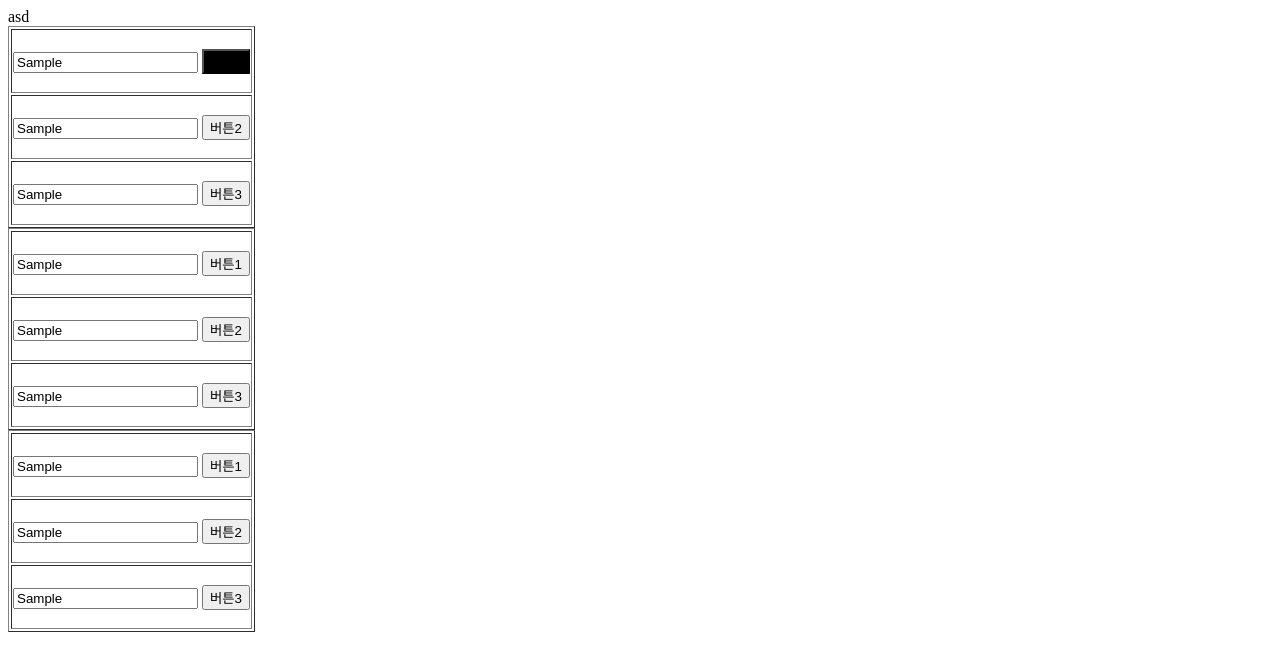
Repository: jojojojoya/programming
Page: dbworkspace/17_JQuery_/src/main/webapp/j6_Object_select.html
These files come from the project's save history. The page is drawn as it stood at one moment and after the next save; the edit follows.
The browser window is 1280 px wide. The pictures show the whole page.
Empty fields were first filled with sample values (such as "Sample", 5 or name@example.com).
After loading, the first visible `button` was clicked once.

Above is the page before, as saved 2025-01-07 00:54:37.

After the next save:
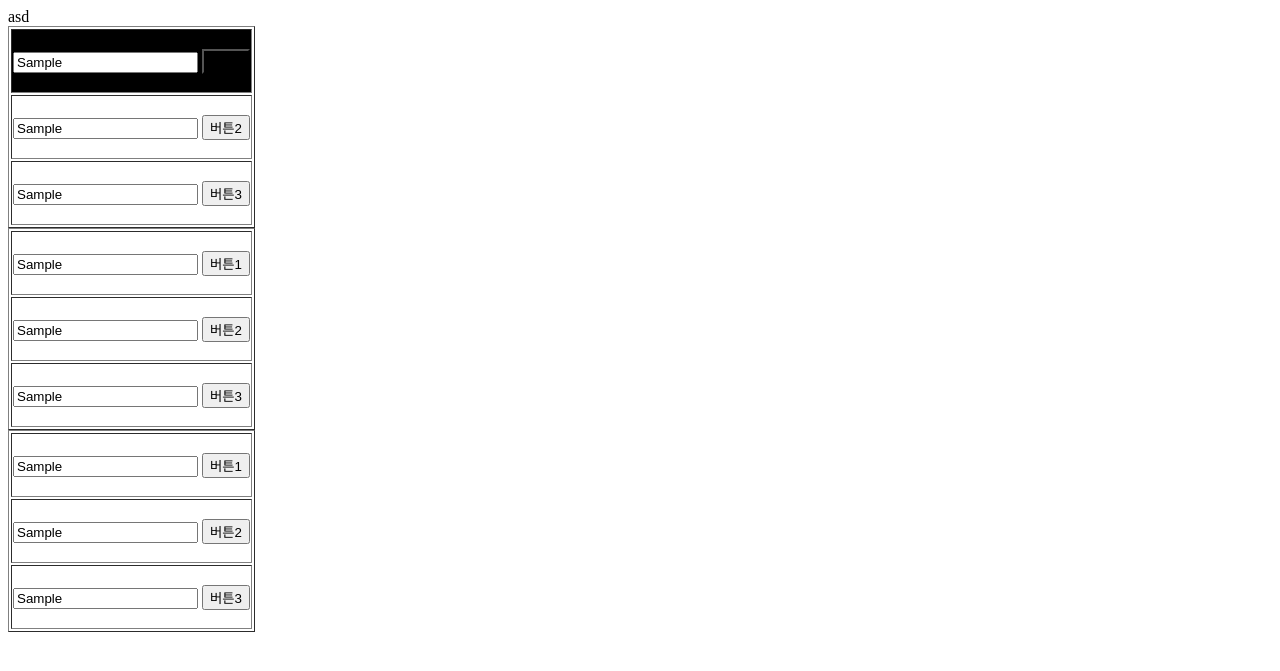
Saved 4 min 3 s later.
--- a/dbworkspace/17_JQuery_/src/main/webapp/j6_Object_select.html
+++ b/dbworkspace/17_JQuery_/src/main/webapp/j6_Object_select.html
@@ -8,7 +8,10 @@ integrity="sha256-eKhayi8LEQwp4NKxN+CfCh+3qOVUtJn3QNZ0TciWLP4=" crossorigin="ano
 <script type="text/javascript">
  $(function() {
 	 $('button').click(function() {
+		 //this : 이벤트가 발생한 그 객체
 		 $(this).css("background-color",'black');
+		 // 버튼을 누르면 눌러진 그 버튼이 소속된 td의 배경색을 검정으로
+		 $(this).parent().css('background-color','black')
 
 
 	 })
